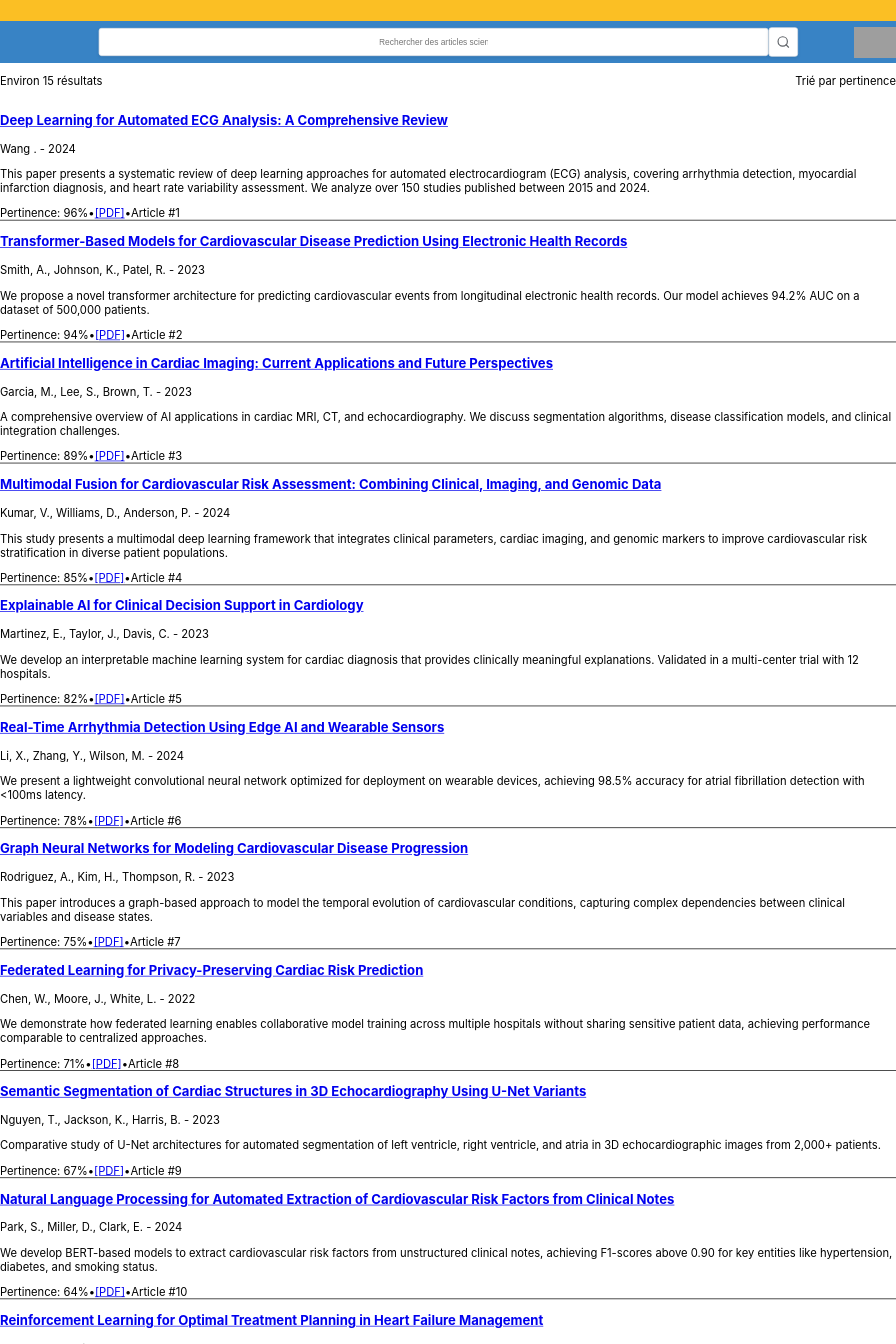
Repository: elh33/SemanticSciSearch
Page: / (app in frontend/)
An editor plug-in stored every save of this project. The page is shown before and after the next save, followed by the edit.
The browser window is 1280 px wide. The pictures show the part of the page from y = 0 to 1920 px (the page is 2665 px tall), at 70% of full size.
Pictures or frames that could not be fetched are drawn as grey boxes. The project was rebuilt for these pictures with package versions that can differ from the ones it lists, and the page was loaded fresh each time.

Above is the page before, as saved 2025-11-21 23:45:38.

After the next save:
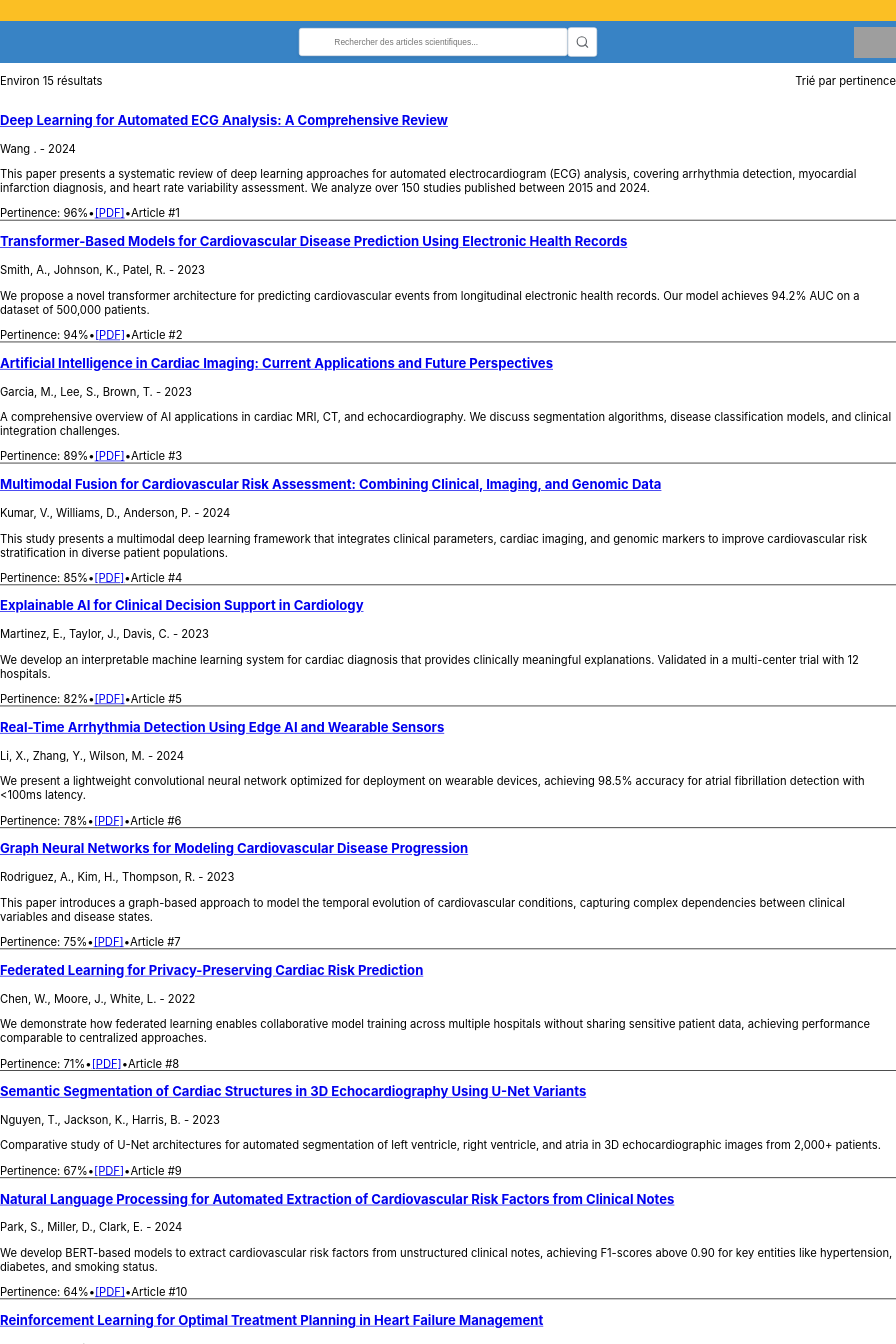
Saved 5 s later.
--- a/frontend/src/components/SearchResults.tsx
+++ b/frontend/src/components/SearchResults.tsx
@@ -57,7 +57,7 @@ const SearchResults: React.FC = () => {
                   placeholder="Rechercher des articles scientifiques..."
                   className="flex-1 outline-none border-none"
                   style={{
-                    padding: '12px 400px',
+                    padding: '12px 50px',
                     fontSize: '12px',
                     backgroundColor: 'white',
                     borderRadius: '4px',
